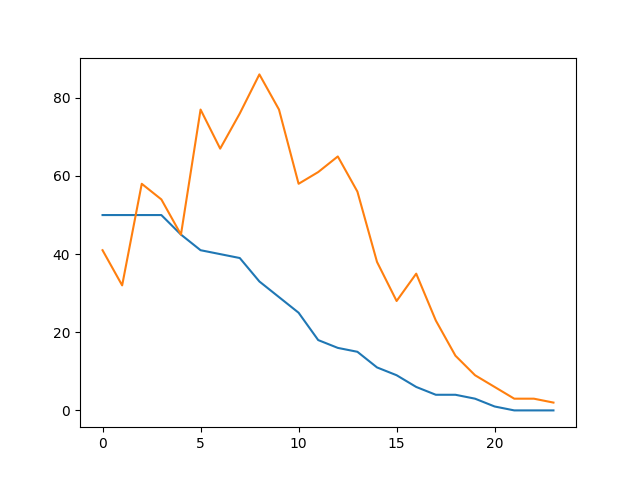
Repository: PatLaCisay/python-hawkdove-master
Script's output: python hawkdove.py
These files come from the project's save history. The script's output is drawn as it stood at one moment and after the next save; the edit follows.
Random numbers start from a fixed seed.

Above is the script's output before, as saved 2023-03-07 11:45:30.

After the next save:
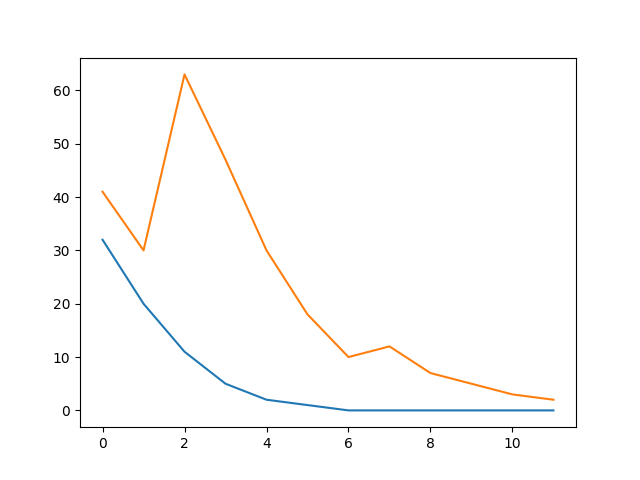
Saved 75 s later.
--- a/hawkdove.py
+++ b/hawkdove.py
@@ -200,17 +200,16 @@ def compete(agent, nemesis, food):
 		loser.energy  -= ENERGY_LOSS_FROM_FIGHTING
 
 	if agent.agent_type == TYPE_HAWK and nemesis.agent_type == TYPE_DOVE:
-		agent.energy += getEnergyFromFood(food)
-		nemesis.energy -= ENERGY
+		agent.energy += getEnergyFromFood(food) - ENERGY
+		nemesis.energy -= ENERGY_LOSS_FROM_FIGHTING
 
 	if agent.agent_type == TYPE_DOVE and nemesis.agent_type == TYPE_HAWK:
-		nemesis.energy += getEnergyFromFood(food)
-		agent.energy -= ENERGY
+		nemesis.energy += getEnergyFromFood(food) - ENERGY
+		agent.energy -= ENERGY_LOSS_FROM_FIGHTING
 
 	if agent.agent_type == TYPE_DOVE and nemesis.agent_type == TYPE_DOVE:
 		agent.energy += getEnergyFromFood(food)/2
 		nemesis.energy += getEnergyFromFood(food)/2
-		loser.energy  -= ENERGY
 
 	nemesis.status = agent.status = STATUS_ASLEEP
 
